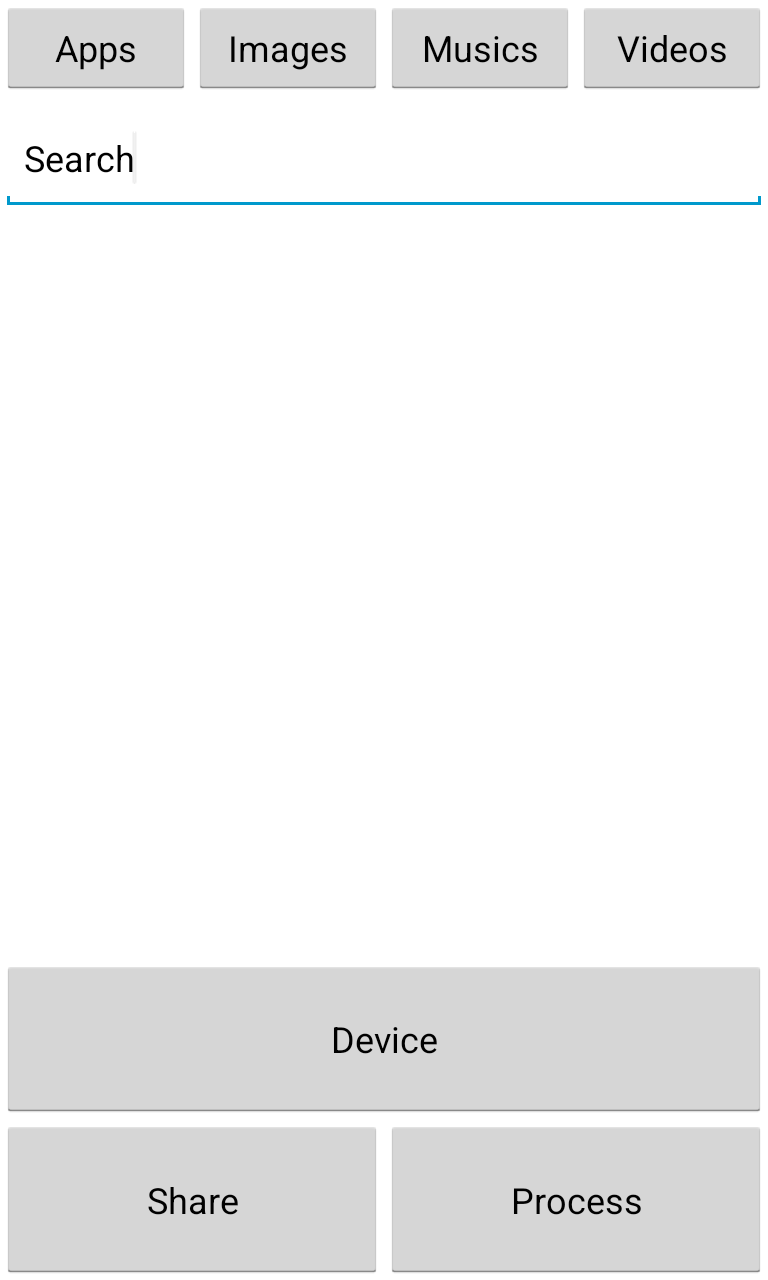
Repository: thinhnk55/android-appshare
Layout: ShareApp/res/layout/activity_main.xml
The author's editor kept a copy of each file at every save. The layout is drawn from the files as they stood at one save, then again after the next save.
It is drawn on a 768 x 1280 px phone screen (xhdpi) without system bars, with theme AppTheme; the app's code is not run.

Above is the layout before, as saved 2014-07-02 15:16:11.

After the next save:
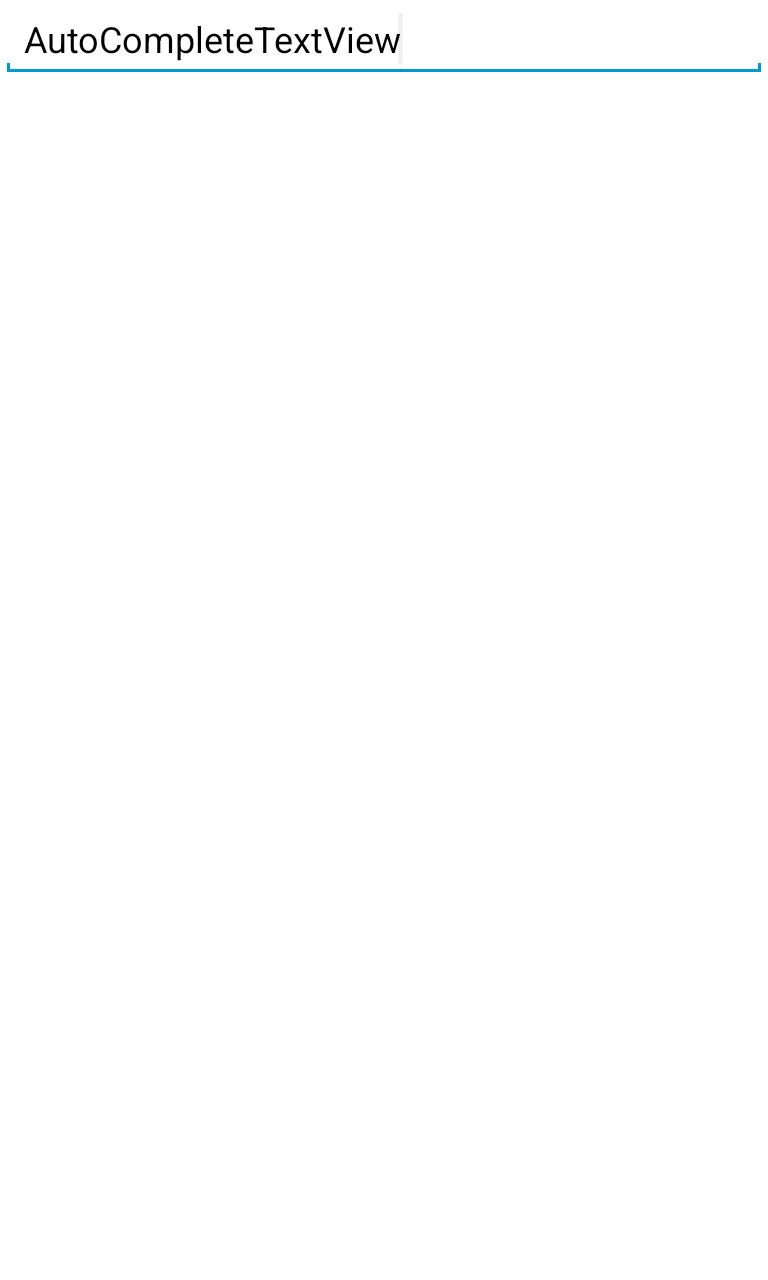
Saved 73 min 44 s later.
--- a/ShareApp/res/layout/activity_main.xml
+++ b/ShareApp/res/layout/activity_main.xml
@@ -4,97 +4,88 @@
     android:layout_height="match_parent"
     tools:context=".MainActivity" >
 
-    <LinearLayout
+    <TabHost
+        android:id="@android:id/tabhost"
         android:layout_width="match_parent"
         android:layout_height="match_parent"
         android:layout_alignParentLeft="true"
-        android:layout_alignParentTop="true"
-        android:orientation="vertical"
-        android:weightSum="120">
+        android:layout_alignParentTop="true">
 
         <LinearLayout
             android:layout_width="match_parent"
-            android:layout_weight="10"
-            android:weightSum="40" >
+            android:layout_height="match_parent"
+            android:orientation="vertical" >
+
+            <TabWidget
+                android:id="@android:id/tabs"
+                android:layout_width="match_parent"
+                android:layout_height="wrap_content" >
+            </TabWidget>
+
+            <AutoCompleteTextView
+                android:id="@+id/autoCompleteTextView1"
+                android:layout_width="match_parent"
+                android:layout_height="wrap_content"
+                android:ems="10"
+                android:text="AutoCompleteTextView" >
+
+                <requestFocus />
+            </AutoCompleteTextView>
+
+            <FrameLayout
+                android:id="@android:id/tabcontent"
+                android:layout_width="match_parent"
+                android:layout_height="match_parent" >
+
+                <LinearLayout
+                    android:id="@+id/tab1"
+                    android:layout_width="match_parent"
+                    android:layout_height="match_parent" >
+                </LinearLayout>
+
+                <LinearLayout
+                    android:id="@+id/tab2"
+                    android:layout_width="match_parent"
+                    android:layout_height="match_parent" >
+                </LinearLayout>
+
+                <LinearLayout
+                    android:id="@+id/tab3"
+                    android:layout_width="match_parent"
+                    android:layout_height="match_parent" >
+                </LinearLayout>
+            </FrameLayout>
+
+            <FrameLayout
+                android:layout_width="match_parent"
+                android:layout_height="wrap_content" >
+            </FrameLayout>
 
             <Button
-                android:id="@+id/button2"
+                android:id="@+id/button1"
+                android:layout_width="wrap_content"
                 android:layout_height="wrap_content"
-                android:layout_weight="10"
-                android:text="Apps" />
-
-            <Button
-                android:id="@+id/button3"
-                android:layout_height="wrap_content"
-                android:layout_weight="10"
-                android:text="Images" />
-
-            <Button
-                android:id="@+id/button4"
-                android:layout_height="wrap_content"
-                android:layout_weight="10"
-                android:text="Musics" />
-
-            <Button
-                android:id="@+id/button5"
-                android:layout_height="wrap_content"
-                android:layout_weight="10"
-                android:text="Videos" />
-
-        </LinearLayout>
-
-        <AutoCompleteTextView
-            android:id="@+id/autoCompleteTextView1"
-            android:layout_width="match_parent"
-            android:ems="10"
-            android:text="Search"
-            android:layout_weight="10"  >
-
-            <requestFocus />
-        </AutoCompleteTextView>
-
-        <HorizontalScrollView
-            android:id="@+id/horizontalScrollView1"
-            android:layout_width="wrap_content"
-            android:layout_weight="20"  >
+                android:text="Button" />
 
             <LinearLayout
                 android:layout_width="match_parent"
-                android:layout_height="match_parent"
-                android:orientation="horizontal" >
+                android:layout_height="wrap_content" >
+
+                <Button
+                    android:id="@+id/button2"
+                    android:layout_width="wrap_content"
+                    android:layout_height="wrap_content"
+                    android:text="Button" />
+
+                <Button
+                    android:id="@+id/button3"
+                    android:layout_width="wrap_content"
+                    android:layout_height="wrap_content"
+                    android:text="Button" />
+
             </LinearLayout>
-        </HorizontalScrollView>
-
-        <FrameLayout
-            android:layout_width="match_parent"
-            android:layout_weight="50" >
-        </FrameLayout>
-
-        <Button
-            android:id="@+id/button1"
-            android:layout_width="match_parent"
-            android:layout_weight="15"
-            android:text="Device" />
-
-        <LinearLayout
-            android:layout_width="match_parent"
-            android:layout_weight="15"
-            android:weightSum="20" >
-
-            <Button
-                android:id="@+id/button6"
-                android:layout_height="match_parent"
-                android:layout_weight="10"
-                android:text="Share" />
-
-            <Button
-                android:id="@+id/button7"
-                android:layout_height="match_parent"
-                android:layout_weight="10"
-                android:text="Process" />
 
         </LinearLayout>
-
-    </LinearLayout>
+    </TabHost>
 
 </RelativeLayout>
